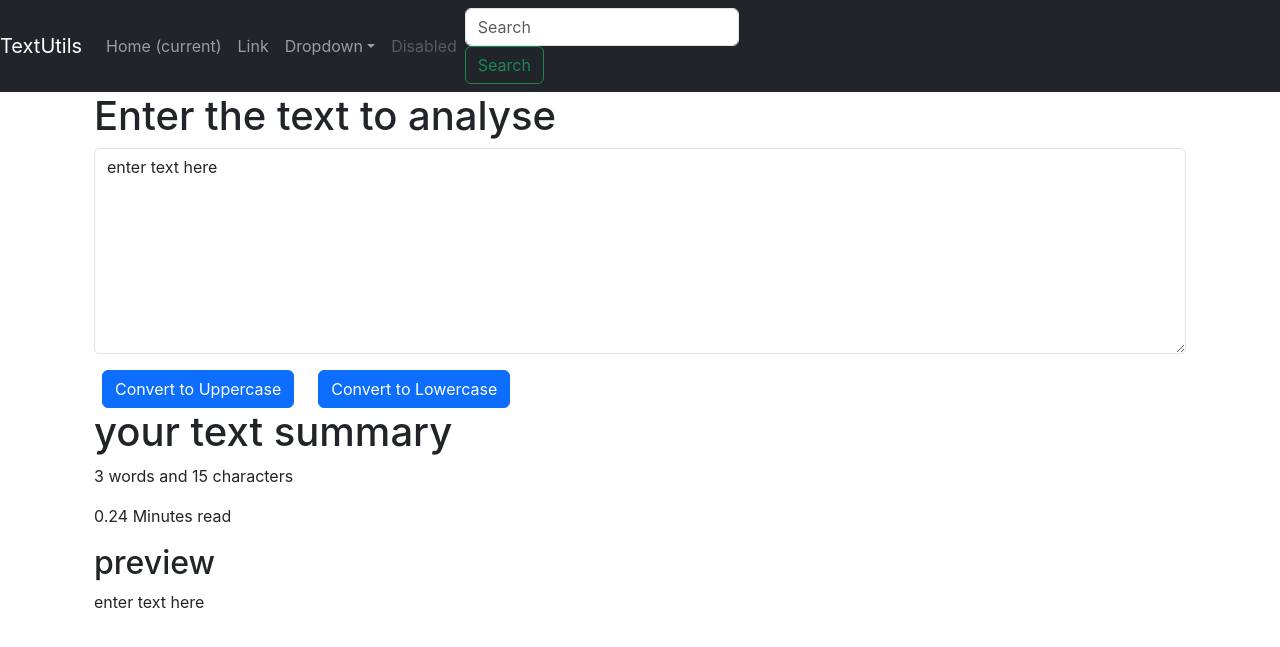
Repository: Aastha1035/React.navbar
Page: /
An editor plug-in stored every save of this project. The page is shown before and after the next save, followed by the edit.
The browser window is 1280 px wide. The pictures show the whole page.
The project was rebuilt for these pictures with package versions that can differ from the ones it lists, and the page was loaded fresh each time. Also part of the build but not shown: src/App.css.

Above is the page before, as saved 2024-07-17 12:46:28.

### public/index.html
<!DOCTYPE html>
<html lang="en">
  <head>
    <meta charset="utf-8" />
    <link rel="icon" href="%PUBLIC_URL%/favicon.ico" />
    <meta name="viewport" content="width=device-width, initial-scale=1" />
    <meta name="theme-color" content="#000000" />
    <meta
      name="description"
      content="Web site created using create-react-app"
    />
    <link rel="apple-touch-icon" href="%PUBLIC_URL%/logo192.png" />
    <!--
      manifest.json provides metadata used when your web app is installed on a
      user's mobile device or desktop. See https://developers.google.com/web/fundamentals/web-app-manifest/
    -->
    <link rel="manifest" href="%PUBLIC_URL%/manifest.json" />
    <!--
      Notice the use of %PUBLIC_URL% in the tags above.
      It will be replaced with the URL of the `public` folder during the build.
      Only files inside the `public` folder can be referenced from the HTML.

      Unlike "/favicon.ico" or "favicon.ico", "%PUBLIC_URL%/favicon.ico" will
      work correctly both with client-side routing and a non-root public URL.
      Learn how to configure a non-root public URL by running `npm run build`.
    -->
    <link href="https://cdn.jsdelivr.net/npm/bootstrap@5.3.3/dist/css/bootstrap.min.css" rel="stylesheet" integrity="sha384-QWTKZyjpPEjISv5WaRU9OFeRpok6YctnYmDr5pNlyT2bRjXh0JMhjY6hW+ALEwIH" crossorigin="anonymous">
    <title>React App</title>
  </head>
  <body>
    <noscript>You need to enable JavaScript to run this app.</noscript>
    <div id="root"></div>
    <!--
      This HTML file is a template.
      If you open it directly in the browser, you will see an empty page.

      You can add webfonts, meta tags, or analytics to this file.
      The build step will place the bundled scripts into the <body> tag.

      To begin the development, run `npm start` or `yarn start`.
      To create a production bundle, use `npm run build` or `yarn build`.
    -->
    <script src="https://cdn.jsdelivr.net/npm/bootstrap@5.3.3/dist/js/bootstrap.bundle.min.js"
    integrity="sha384-YvpcrYf0tY3lHB60NNkmXc5s9fDVZLESaAA55NDzOxhy9GkcIdslK1eN7N6jIeHz"
    crossorigin="anonymous"></script>
  </body>
</html>

### src/App.js

import './App.css';
import Navbar from './components/Navbar';
import Textform from './components/Textform';

function App() {
  return (
    <>
   < Navbar title="TextUtils"/>
   <div className="container">
   <Textform heading="Enter the text to analyse"/>
   </div>

  </>
  );
}

export default App;

### src/components/Navbar.js
import React from 'react'

export default function Navbar(props) {
  return (
    <nav className="navbar navbar-expand-lg navbar-dark bg-dark">
  <a className="navbar-brand" href="#">{props.title}</a>
  <button className="navbar-toggler" type="button" data-toggle="collapse" data-target="#navbarSupportedContent" aria-controls="navbarSupportedContent" aria-expanded="false" aria-label="Toggle navigation">
    <span className="navbar-toggler-icon"></span>
  </button>

  <div className="collapse navbar-collapse" id="navbarSupportedContent">
    <ul className="navbar-nav mr-auto">
      <li className="nav-item active">
        <a className="nav-link" href="#">Home <span className="sr-only">(current)</span></a>
      </li>
      <li className="nav-item">
        <a className="nav-link" href="#">Link</a>
      </li>
      <li className="nav-item dropdown">
        <a className="nav-link dropdown-toggle" href="#" id="navbarDropdown" role="button" data-toggle="dropdown" aria-haspopup="true" aria-expanded="false">
          Dropdown
        </a>
        <div className="dropdown-menu" aria-labelledby="navbarDropdown">
          <a className="dropdown-item" href="#">Action</a>
          <a className="dropdown-item" href="#">Another action</a>
          <div className="dropdown-divider"></div>
          <a className="dropdown-item" href="#">Something else here</a>
        </div>
      </li>
      <li className="nav-item">
        <a className="nav-link disabled" href="#">Disabled</a>
      </li>
    </ul>
    <form className="form-inline my-2 my-lg-0">
      <input className="form-control mr-sm-2" type="search" placeholder="Search" aria-label="Search"/>
      <button className="btn btn-outline-success my-2 my-sm-0" type="submit">Search</button>
    </form>
  </div>
</nav>
  )
}

### src/components/Textform.js
import React,{ useState } from "react";



export default function Textform(props) {
    const handleUpclick = ()=>{
        //console.log("uppercase was clicked" + text);
        let newText = text.toUpperCase();
        setText(newText)
    }
    const handleLoclick= ()=>{
        //console.log("handle onchange");
        let newText = text.toLowerCase();
        setText(newText)
    }
    const handleOnchange= (event)=>{
        //console.log("handle onchange");
        setText(event.target.value)
    }

    const [text, setText] = useState("enter text here");
  return (
    <>
    <div className="container">
       <h1>{props.heading}</h1>
       <div className="mb-3">
       <textarea className="form-control" value={text} onChange={handleOnchange} id="mybox" rows="8"></textarea>
    </div>
    <button className="btn btn-primary mx-2" onclick={handleUpclick}>Convert to  Uppercase</button>
    <button className="btn btn-primary mx-3" onclick={handleLoclick}>Convert to  Lowercase</button>
    </div>
    <div className="container">
        <h1>your text summary</h1>
        <p>{text.split(" ").length} words and {text.length} characters</p>
        <p>{0.08 * text.split(" ").length} Minutes read</p>
        <h2>preview</h2>
        <p>{text}</p>
    </div>

</>


  )
}

Loaded but not shown: src/index.js (common file); src/index.css (common file); src/reportWebVitals.js (common file)

After the next save:
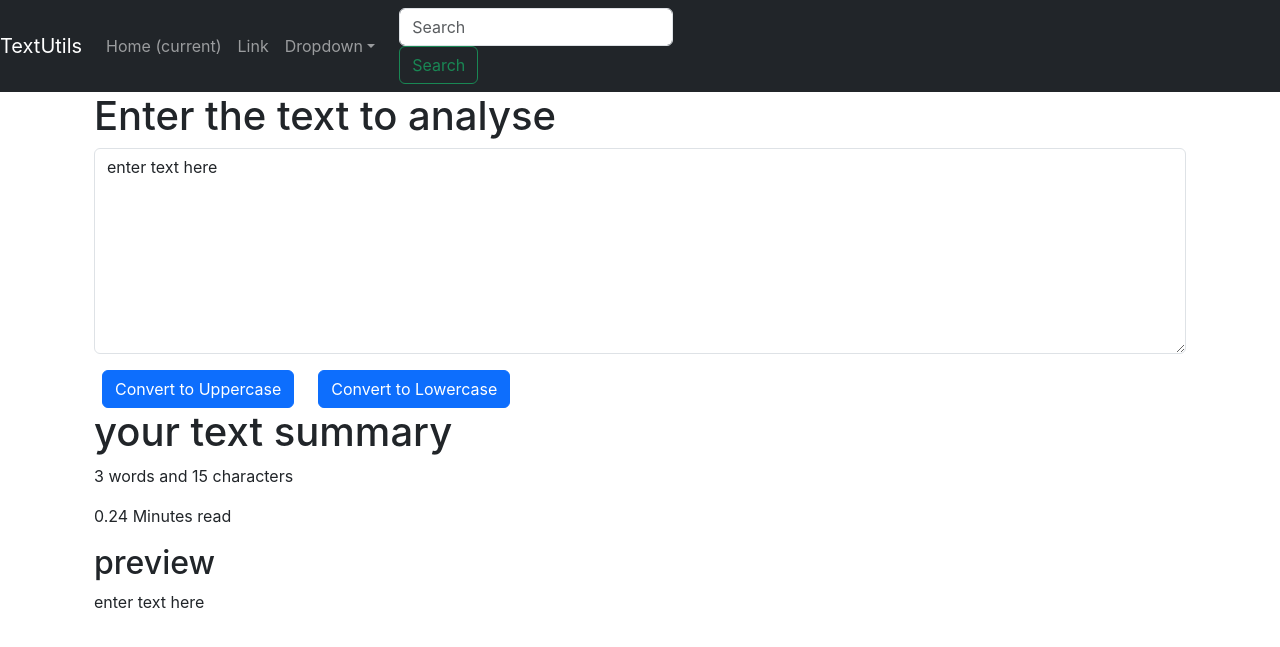
Saved 68 s later.
--- a/src/components/Navbar.js
+++ b/src/components/Navbar.js
@@ -28,7 +28,7 @@ export default function Navbar(props) {
         </div>
       </li>
       <li className="nav-item">
-        <a className="nav-link disabled" href="#">Disabled</a>
+        <a className="nav-link disabled" href="#">{props.aboutText}</a>
       </li>
     </ul>
     <form className="form-inline my-2 my-lg-0">
